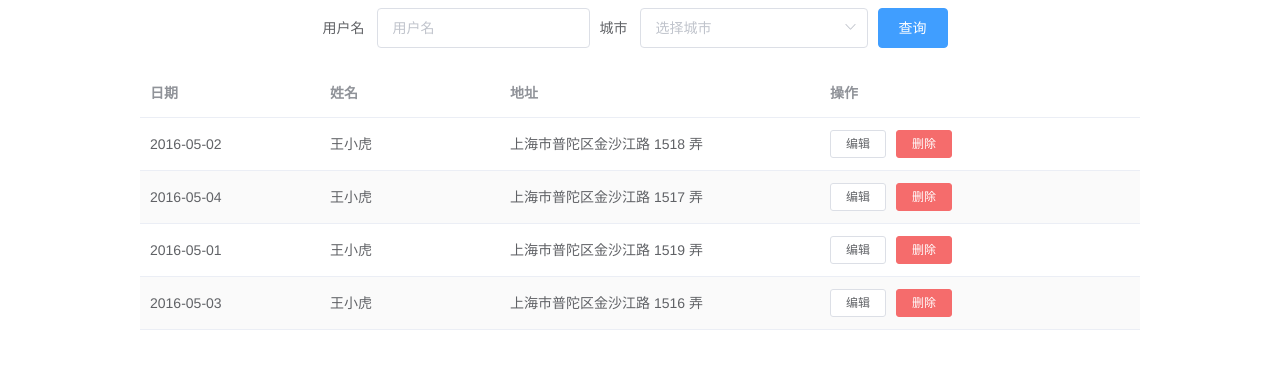
Repository: chang-meng-yun/vue_project
Page: /
An editor plug-in stored every save of this project. The page is shown before and after a run of saves, followed by the edit.
The browser window is 1280 px wide. The pictures show the whole page.
The project was rebuilt for these pictures with package versions that can differ from the ones it lists, and the page was loaded fresh each time. Also part of the build but not shown: vue.config.js, src/VBindStudy.vue, src/components/HelloWorld.vue, src/views/HomeView.vue.

Above is the page before, as saved 2024-06-27 11:23:02.

### public/index.html
<!DOCTYPE html>
<html lang="">
  <head>
    <meta charset="utf-8">
    <meta http-equiv="X-UA-Compatible" content="IE=edge">
    <meta name="viewport" content="width=device-width,initial-scale=1.0">
    <link rel="icon" href="<%= BASE_URL %>favicon.ico">
    <!-- <title><%= htmlWebpackPlugin.options.title %></title> -->
     <title>我是首页</title>
  </head>
  <body>
    <noscript>
      <strong>We're sorry but <%= htmlWebpackPlugin.options.title %> doesn't work properly without JavaScript enabled. Please enable it to continue.</strong>
    </noscript>
    <!-- 显示内容的地方 -->
    <div id="app"></div>
    <!-- built files will be auto injected -->
  </body>
</html>

### src/main.js
import Vue from 'vue'
import App from './App.vue'
import ElementUI from 'element-ui';
import 'element-ui/lib/theme-chalk/index.css';
import router from './router'

Vue.use(ElementUI);

Vue.config.productionTip = false
new Vue({
  router,
  render: h => h(App)
}).$mount('#app')

### src/App.vue
<template>
  <div id="app">
    <!-- <Hello></Hello> -->
    <!-- <VBindStudy></VBindStudy> -->
     <!-- <HomeWork></HomeWork> -->
      <!-- <reHome></reHome> -->
       <!-- <Model></Model> -->
        <FromFrame></FromFrame>
  </div>
</template>
<script>
  // 导入组件
  import Hello from '@/Hello.vue'
  import VBindStudy from '@/VBindStudy'
  import HomeWork from '@/HomeWork'
    import reHome from './views/reHome.vue'
  import FromFrame from '@/FromFrame.vue'
     // import Model from './views/Model.vue'
  export default{
    components:{
        Hello,
        VBindStudy,
        HomeWork,
        FromFrame
        // Model
    },
    data(){
      return{
        mark:true,
        name:"张三",
        mywidth:"350px",
        myImage:require("./assets/花.jpg")
      }
    },
    methods:{
     controller_div(){
        this.mark=!this.mark
        console.log(this.mark)
      },
      changeSize(){
        this.mywidth="500px"
      },
      changeImage(){
        console.log("pakaqiu")
        this.myImage=require("./assets/小樱花.webp")
      }
     }
    }
</script>
<style>
.box{
    width: 200px;
    height: 200px;
    background-color: red;
}
#app {
  font-family: Avenir, Helvetica, Arial, sans-serif;
  -webkit-font-smoothing: antialiased;
  -moz-osx-font-smoothing: grayscale;
  text-align: center;
  color: #2c3e50;
}

nav {
  padding: 30px;
}

nav a {
  font-weight: bold;
  color: #2c3e50;
}

nav a.router-link-exact-active {
  color: #42b983;
}
</style>

### src/Hello.vue
<template>
  <div>
        <!-- <nav>
      <router-link to="/">Home</router-link> |
      <router-link to="/about">About</router-link>
    </nav> -->
    <!-- <el-row>
      <el-button>默认按钮</el-button>
      <el-button type="primary">主要按钮</el-button>
      <el-button type="success">成功按钮</el-button>
      <el-button type="info">信息按钮</el-button>
      <el-button type="warning">警告按钮</el-button>
      <el-button type="danger">危险按钮</el-button>
    </el-row> -->

    <!-- <input  type="text" v-model="username"> -->
     <!-- <div  v-if="mark" class="box">
      div1-if标签
     </div> -->
     <!-- <el-button type="primary" v-on:click="controller_div()">控制div</el-button> -->
     <!-- <div  v-show ="mark" class="box"> -->
      <!-- div2-show标签 -->
     <!-- </div> -->
    <!-- <div>
      {{username}}
    </div> -->
    <!-- <router-view/> -->
     <!-- <hr> -->

     <el-row>
        <el-col :span="12">
          <div class="grid-content bg-purple">
         <img src="./assets/小雏菊.webp" v-bind:width="mywidth" />
         <br>
         <el-button type="primary" @click="changeSize()">改变大小</el-button>
        </div>
      </el-col>

        <el-col :span="12">
          <div class="grid-content bg-purple-light">
            <img v-bind:src="myImage" width="350px" />
            <br>
            <el-button type="primary" @click="changeImage()">改变图片</el-button>
        </div>
      </el-col>
      </el-row>

  </div>
</template>
<script>
     export default{
    // components:{
    //     Hello,
    //     VBindStudy
    // },
    data(){
      return{
        mark:true,
        name:"张三",
        mywidth:"350px",
        myImage:require("./assets/花.jpg")
      }
    },
    methods:{
     controller_div(){
        this.mark=!this.mark
        console.log(this.mark)
      },
      changeSize(){
        this.mywidth="500px"
      },
      changeImage(){
        console.log("pakaqiu")
        this.myImage=require("./assets/小樱花.webp")
      }
     },
     components:{

     }
    }
  </script>
  <style>
  .box{
      width: 200px;
      height: 200px;
      background-color: red;
  }
  #app {
    font-family: Avenir, Helvetica, Arial, sans-serif;
    -webkit-font-smoothing: antialiased;
    -moz-osx-font-smoothing: grayscale;
    text-align: center;
    color: #2c3e50;
  }

  nav {
    padding: 30px;
  }

  nav a {
    font-weight: bold;
    color: #2c3e50;
  }

  /* nav a.router-link-exact-active {
    color: #42b983;
  } */
  </style>

### src/HomeWork.vue
<template>
    <div id="all">

        <h3>请选择你喜欢的语言</h3>
        <table border="1" cellspacing="0" style="margin: 0 auto;" >
            <tr>
                <td v-for="(obj,index) in subject "
                :key="index"
                v-bind:class="{'bg':obj.mark}"
                @click="changeColor(obj,index)">{{obj.name}}</td>
            </tr>
        </table>

        <p style="text-align: center;">我最喜欢的编程语言是{{pro_name}}</p>
        <el-input v-model="inputName" placeholder="请输入你喜欢的书" style="width: 300px;"></el-input>
        <el-button type="primary" @click="addBook()">添加你喜欢的书本</el-button>
        <!-- <el-button type="primary" v-if="">隐藏</el-button> -->
       <!-- {{message}} -->


    </div>
</template>
<script>
    export default{
        data(){
        return{
            pro_name:"Java",
            inputName:"",
            subject:[
            {id:"1",name:"Java",mark:true},
            {id:"2",name:"C",mark:false},
            {id:"3",name:"C++",mark:false},
            {id:"4",name:"Python",mark:false},
            ],
        }
        },
        methods:{
            addBook(){
                console.log(this.inputName)
                this.subject.push({"name":this.inputName,"mark":false})
            },
            changeColor(obj,index){
                console.log(obj,index)
                this.pro_name = obj.name;
                for(var i=0;i<this.subject.length;i++){
                    this.subject[i].mark=false;
                }
                this.subject[index].mark=true;
                this.pro_name=this.subject[index].name;
            }
        },
        components:{

        }
    }

</script>
<style>
 tr td{
        width: 200px;
        height: 50px;
        /* background-color: rgb(130, 236, 176); */
    }
    .bg{
        /* background-color: rgb(218, 103, 80); */
    }
</style>

### src/views/reHome.vue
<template>
    <div>
       <h3>请选择你喜欢的语言</h3>
       <table cellspacing="0" border="1" style="margin: 0 auto;">
        <tr>
            <td v-for="(obj,index) in subjects"
            :key="index"
            v_bind :class="{'bg1':obj.mark}"
            @click="changeColor(obj,index)">
            {{obj.name}}
            </td>
        </tr>
       </table>
       <p>我最喜欢的语言是{{proname}}</p>
    </div>
</template>
<script>
  export default{
    data(){
        return{
          proname:"java",
          subjects:[
            {name:"Java",mark:true},
            {name:"C",mark:false},
            {name:"C++",mark:false},
            {name:"Python",mark:false},
          ]
        }
    },
    methods:{
        changeColor(obj,index){
            console.log(obj,index)
            this.proname=obj.name
            for(var i = 0;i<this.subjects.length;i++){
                this.subjects[i].mark=false;
            }
            obj.mark=true;
        }
    },
    components:{

    },
  }
</script>
<style>
 tr td{
        width: 200px;
        height: 50px;
        /* background-color: rgb(130, 236, 176); */
    }
    .bg1{
        /* background-color: rgb(218, 103, 80); */
    }
</style>

### src/FromFrame.vue
<template>
    <div style="width: 1000px;margin: 0 auto;">
        <!-- 功能区域 -->
        <div>
            <el-form :inline="true" :model="formInline" class="demo-form-inline">
                <el-form-item label="用户名">
                  <el-input v-model="formInline.user" placeholder="用户名"></el-input>
                </el-form-item>
                <el-form-item label="城市">
                  <el-select v-model="formInline.region" placeholder="选择城市">
                    <el-option label="上海" value="shanghai"></el-option>
                    <el-option label="北京" value="beijing"></el-option>
                  </el-select>
                </el-form-item>
                <el-form-item>
                  <el-button type="primary" @click="onSubmit">查询</el-button>
                </el-form-item>
              </el-form>
        </div>


        <!-- 数据显示区 -->
    <div>
        <el-table :data="tableData" stripe style="width: 100%">
        <el-table-column  prop="date" label="日期"width="180"></el-table-column>
        <el-table-column prop="name" label="姓名" width="180"></el-table-column>
        <el-table-column
          prop="address"
          label="地址">
        </el-table-column>
        <el-table-column label="操作">
            <template slot-scope="scope">
              <el-button
                size="mini"
                @click="handleEdit(scope.$index, scope.row)">编辑</el-button>
              <el-button
                size="mini"
                type="danger"
                @click="handleDelete(scope.$index, scope.row)">删除</el-button>
            </template>
          </el-table-column>
      </el-table>
    </div>
    </div>
</template>
<script>
     export default{
        data(){
        return{
            tableData: [{
            date: '2016-05-02',
            name: '王小虎',
            address: '上海市普陀区金沙江路 1518 弄'
            }, {
            date: '2016-05-04',
            name: '王小虎',
            address: '上海市普陀区金沙江路 1517 弄'
            }, {
            date: '2016-05-01',
            name: '王小虎',
            address: '上海市普陀区金沙江路 1519 弄'
            }, {
            date: '2016-05-03',
            name: '王小虎',
            address: '上海市普陀区金沙江路 1516 弄'
            }],
            formInline: {
            user: '',
            region: ''
            }
         }
        },
        methods: {
            handleEdit(index, row) {
            console.log(index, row);
            },
            handleDelete(index, row) {
            console.log(index, row);
            },
            onSubmit() {
           console.log('submit!');
      }
        },
        components:{

        }
     }
</script>
<style>

</style>

Loaded but not shown: src/router/index.js (common file)

After the next 3 saves:
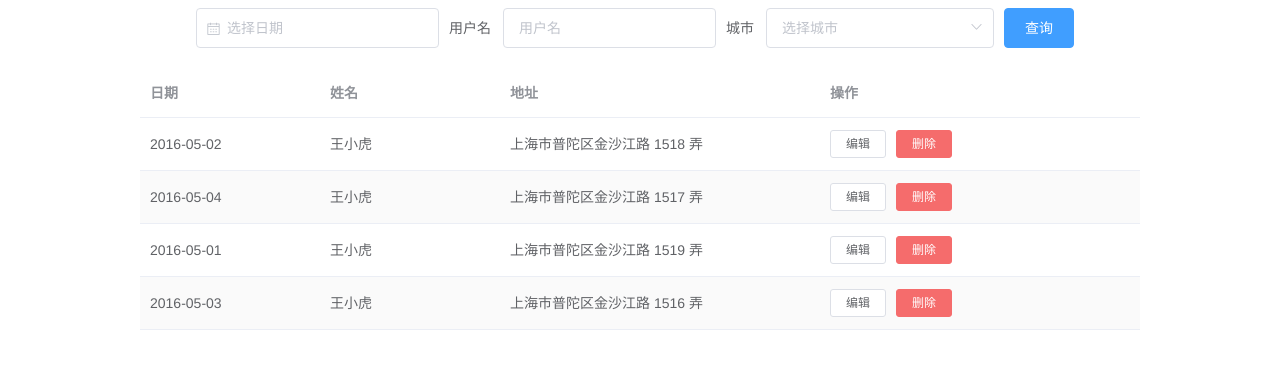
The 3 saves are shown as one change because 2 did not build or start.
The last was saved 7 min 29 s later.
--- a/src/FromFrame.vue
+++ b/src/FromFrame.vue
@@ -3,6 +3,9 @@
         <!-- 功能区域 -->
         <div>
             <el-form :inline="true" :model="formInline" class="demo-form-inline">
+                <el-form-item prop="date1">
+                    <el-date-picker type="date" placeholder="选择日期" v-model="formInline.date1" style="width: 100%;"></el-date-picker>
+                  </el-form-item>
                 <el-form-item label="用户名">
                   <el-input v-model="formInline.user" placeholder="用户名"></el-input>
                 </el-form-item>
@@ -66,7 +69,8 @@
             }],
             formInline: {
             user: '',
-            region: ''
+            region: '',
+            date1: '',
             }
          }
         },
